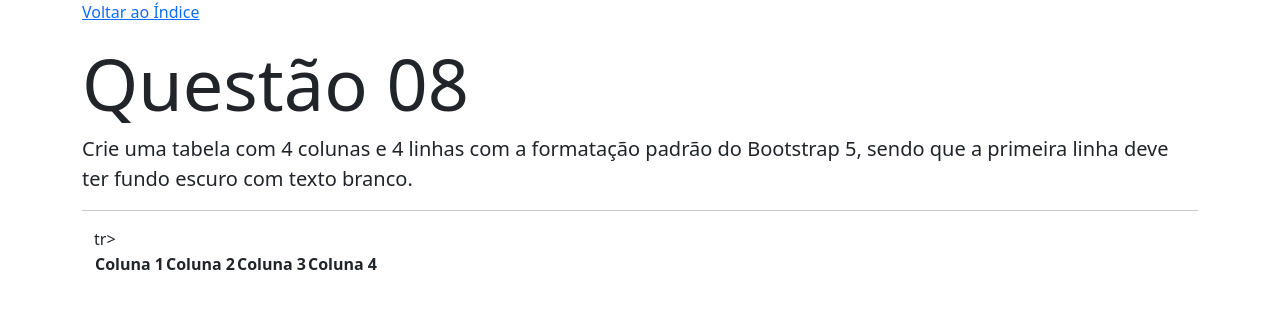
Repository: In-Game-full/Reprograme-se
Page: S-6-InicioBootstrap5/Atividade-pratica-da-semana-1-de-Bootstrap-5-In-Game-full/questao08.html
The author's editor kept a copy of each file at every save. The page is drawn from the files as they stood at one save, then again after a run of saves.
The browser window is 1280 px wide. The pictures show the whole page.

Above is the page before, as saved 2023-08-28 21:59:57.

After the next 2 saves:
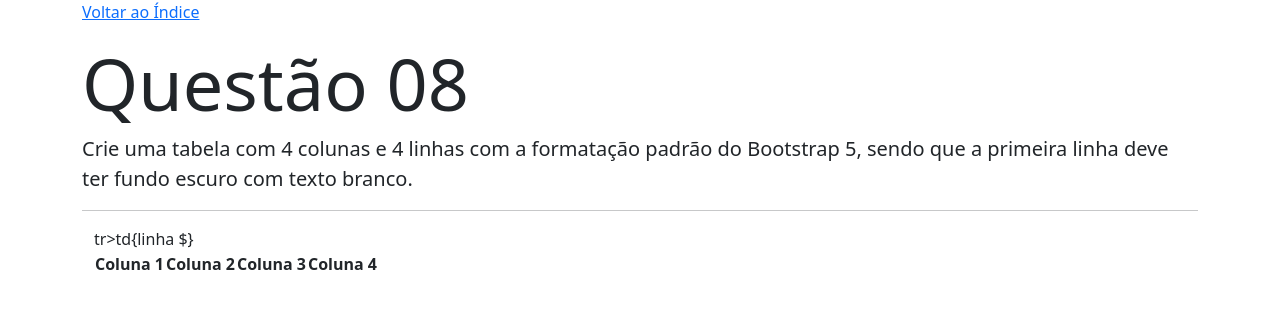
The 2 saves are shown as one change because they came seconds apart.
The last was saved 9 s later.
--- a/S-6-InicioBootstrap5/Atividade-pratica-da-semana-1-de-Bootstrap-5-In-Game-full/questao08.html
+++ b/S-6-InicioBootstrap5/Atividade-pratica-da-semana-1-de-Bootstrap-5-In-Game-full/questao08.html
@@ -30,7 +30,7 @@
                     </tr>
                 </thead>
                 <tbody>
-                    tr>
+                    tr>td{linha $}
                 </tbody>
             </table>
         </div>
